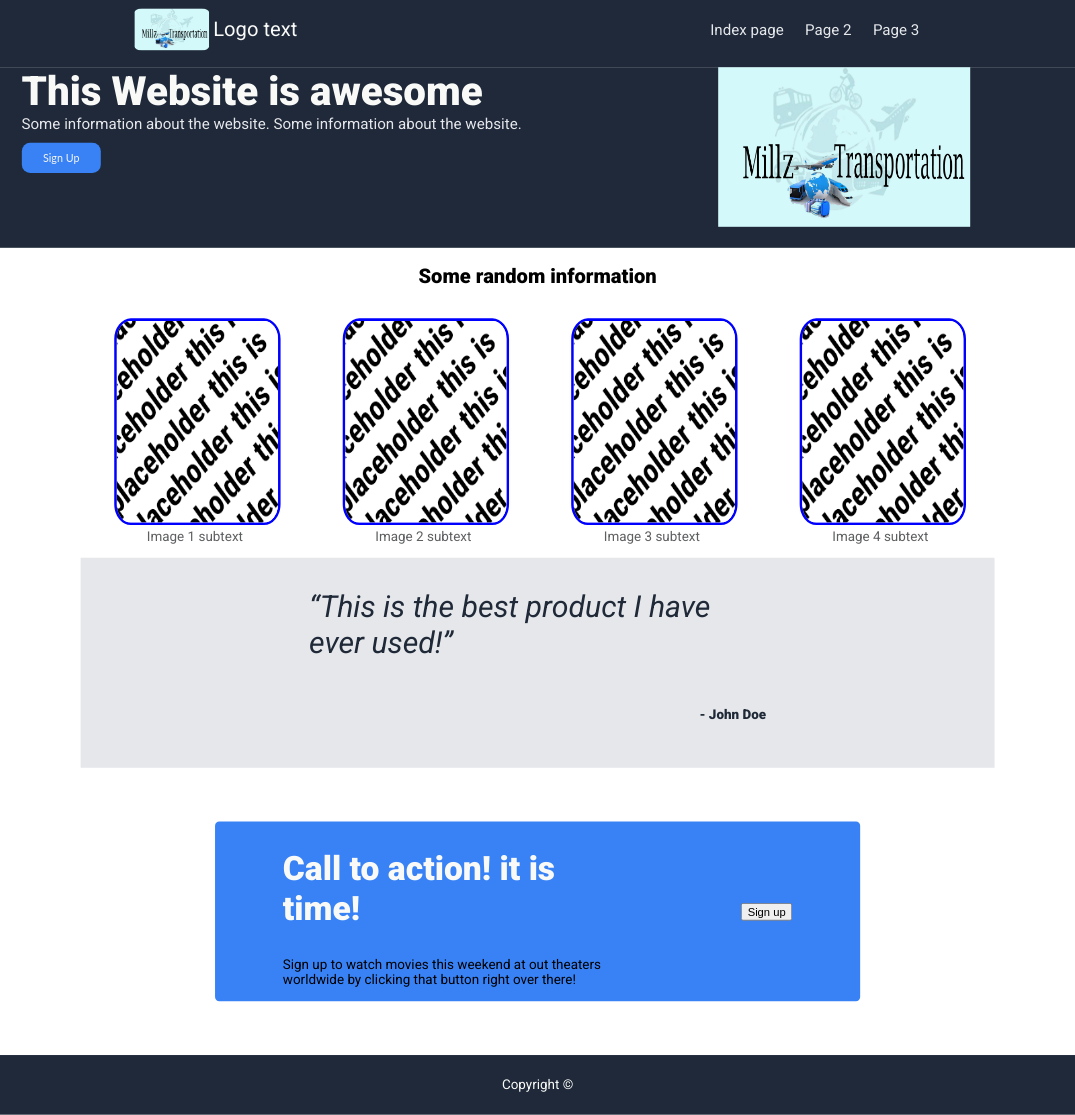
Repository: MikkyPrestige/css-assignment
Page: index.html
These files come from the project's save history. The page is drawn as it stood at one moment and after the next save; the edit follows.
The browser window is 1280 px wide. The pictures show the whole page, at 84% of full size.

Above is the page before, as saved 2023-04-27 02:43:28.

### index.html
<!DOCTYPE html>
<html lang="en">

<head>
  <meta charset="UTF-8">
  <meta http-equiv="X-UA-Compatible" content="IE=edge">
  <meta name="viewport" content="width=device-width, initial-scale=1.0">
  <link rel="stylesheet" href="./styles/index.css">
  <title>Assignment</title>
</head>

<body>
  <header>
    <div class="header">
      <div class="header-logo">
        <img src="./images/TransportationIcon3.jpg" alt="Company logo">
        <p>Logo text</p>
      </div>
      <nav>
        <a class="header-link" href="./index.html">Index page</a>
        <a class="header-link" href="./pages/extraPage1.html">Page 2</a>
        <a class="header-link" href="./pages/extraPage2.html">Page 3</a>
      </nav>
    </div>
  </header>

  <main>
    <!-- Claimed by Ashley -->
    <div class="Section_1">
      <div class="Header_body">
        <div>
          <div class="Header_title">
            This Website is awesome
          </div>
          <div class="Header_text">
            Some information about the website. Some information about the website.
          </div>
          <button class="Header_btn">Sign Up</button>
        </div>
        <img class="headerImage" src="./images/TransportationIcon3.jpg" alt="icon" />
      </div>
    </div>

    <!-- Claimed by Owen -->
    <div id="Section2">
      <h2>Some random information</h2>
      <div class="flex-image-container">
        <figure class="main-image">
          <img src="./images/placeholder1.png" alt="placeholder">
          <figcaption>Image 1 subtext</figcaption>
        </figure>
        <figure class="main-image">
          <img src="./images/placeholder1.png" alt="placeholder">
          <figcaption>Image 2 subtext</figcaption>
        </figure>
        <figure class="main-image">
          <img src="./images/placeholder1.png" alt="placeholder">
          <figcaption>Image 3 subtext</figcaption>
        </figure>
        <figure class="main-image">
          <img src="./images/placeholder1.png" alt="placeholder">
          <figcaption>Image 4 subtext</figcaption>
        </figure>
      </div>

    </div>

    <!-- Claimed by Alex -->
    <section class="section-3">
      <Selection class="review-slider">
        <div class="review-container">
          <div class="review">
            <q class="review-text">This is the best product I have ever used!</q>
            <p class="review-author">- John Doe</p>
          </div>

          <div class="review">
            <q class="review-text">I love this product! It has made my life so much easier.</q>
            <p class="review-author">- Jane Smith</p>
          </div>

          <div class="review">
            <q class="review-text">I highly recommend this product to anyone.</q>
            <p class="review-author">- Tom Johnson</p>
          </div>

          <div class="review">
            <q class="review-text">This is the best product I have ever used!</q>
            <p class="review-author">- John Doe 2</p>
          </div>

          <div class="review">
            <q class="review-text">I love this product! It has made my life so much easier.</q>
            <p class="review-author">- Jane Smith 2</p>
          </div>

          <div class="review">
            <q class="review-text">I highly recommend this product to anyone.</q>
            <p class="review-author">- Tom Johnson 2</p>
          </div>
        </div>
      </Selection>
    </section>

    <section class="section4">
      <div class="section4-wrapper">
        <div class="section4-cta">
          <h2 class="section4-cta__title">Call to action! it is time!</h2>
          <p class="section4-cta__subtitle">Sign up to watch movies this weekend at out theaters worldwide by clicking
            that button right over there!
          </p>
        </div>
        <button class="section4-cta__btn">Sign up</button>
      </div>
    </section>
  </main>

  <footer>
    <div class="footer">
      <p>Copyright &copy</p>
    </div>
  </footer>
</body>

</html>

### styles/index.css
@import url('https://fonts.googleapis.com/css2?family=Roboto:ital,wght@0,400;0,900;1,400&display=swap');

/*  CSS variables defined here and referenced using var(--varName).
    Note: name must have '--' prefix */
:root {
    --review-count: 6;
}

body {
	font-family: 'Roboto', sans-serif;
	margin: 0;
}

/* CSS for page header */
header {
	padding-top: 10px;
	padding-bottom: 20px;
	background-color: #1F2939;
}
.header {
    margin: auto;
    height: 50px;
    width: 75%;
	display: flex;
	justify-content: space-between;
}

@media (max-width: 800px) {
	.header {
		flex-direction: column;
		align-items: center;
        height: 100px;
	}
}

.header nav {
	width: 300px;
	display: flex;
	justify-content: space-evenly;
}

.header-logo {
	display: flex;
    height: 100%;
	align-items: center;
}

@media (max-width: 800px) {
	.header-logo {
        height: 65%;
	}
}

.header-logo img {
	height: 100%;
	border-radius: 10%;
}

.header-logo p {
	padding-left: 5px;
	font-size: 24px;
	color: #F9FAF8;
}

.header-link {
	font-size: 18px;
	color: #E5E7EB;
	align-self: center;
}

.header-link:link {
	text-decoration: none;
}

.header-link:visited {
	text-decoration: none;
}

.header-link:hover {
	text-decoration: underline;
}

.header-link:active {
	text-decoration:none;
}

/*Css for Section 1 of the index */

.Section_1{
	background-color: #1F2939;
	padding-left: 2%;
}

h1{
	font-size: 24px;
	color: #F9FAF8;
}

.Header_body{
	display: flex;
	justify-content: space-between;
	padding-bottom: 2%;
}

.Header_title{
	font-size: 48px;
	color: #F9FAF8;
	font-weight: 800;
}

.Header_text{
	font-size: 18px;
	color: #E5E7EB;
	padding-bottom: 2%
}

.Header_btn {
	padding: .8em 2em;
	border-radius: 10px;
	border: none;
	background-color: #3882F6;
	color: whitesmoke;
	font-family: 'Lato', sans-serif;
	font-size: .8em;
}

.headerImage{
	height: 190px;
	width: 300px;
	padding-right: 10%;
}

/* Css for Section 2 of the index */
#Section2 {
	text-align: center;
	width: 75%;
	margin: auto;
}

.flex-image-container {
	display: flex;
  flex-direction: row;
  flex-wrap: nowrap;
  justify-content: center;
  align-items: stretch;
  align-content: center;
}

@media (max-width: 800px) {
  .flex-image-container {
    flex-direction: column;
  }
}

.main-image {
	min-width: 20%;
}

.main-image img {
	width: 100%;
	height: 15em;
	border: 3px blue;
	border-style: solid;
	border-radius: 10%;
}

.main-image figcaption{
	color: #5e5f61;
}

/* CSS for section 3 of index */
.section-3 {
    height: 250px;
		width: 85%;
	background-color: #E5E7EB;
    display: flex;
    justify-content: center;
		align-items: center;
		margin: auto;
}

/* Automatic slideshow */
.review-slider {
    position: relative;
    margin: auto;
    width: 50%;
    height: 100%;
    overflow: hidden;
}

@media (max-width: 800px) {
    .review-slider {
      width: 75%;
    }
  }

.review-slider .review-container {
    position: absolute;
    width: calc(100% * var(--review-count));
    height: 100%;
    top: 0;
    left: 0;
    overflow: hidden;
    animation: slider 26s infinite;
}

.review-slider .review-container .review {
    position: relative;
    width: calc(100% / var(--review-count));
    height: 100%;
    display: flex;
    flex-direction: column;
    justify-content: space-evenly;
    float: left;
    overflow: hidden
}

.review-text {
    font-size: 36px;
    font-weight: 300;
    font-style: italic;
    color: #1F2937;
}

.review-author {
    font-weight: bold;
    color: #1F2937;
    align-self: end;
}

.section4 {
		height: 100%;
		width: 100%;
		padding: 4rem 0;
}

.section4-wrapper {
		display: flex;
		justify-content: space-around;
		align-items: center;
		width: 60%;
		background-color: #3882F6;
		margin: 0 auto;
		border-radius: 5px;
		-webkit-border-radius: 5px;
		-moz-border-radius: 5px;
		-ms-border-radius: 5px;
		-o-border-radius: 5px;
}

.section4-cta {
	flex-basis: 50%;
}

.section4-cta__title {
	font-size: 2.5rem;
	color: #F9FAF8;
}

@keyframes slider {
    0%, 25%, 100%{left: 0}

    30%, 55%{left: -100%}

    60%, 85%{left: -200%}
}

/* CSS for page footer */
footer {
    padding-top: 10px;
    padding-bottom: 10px;
	color: #F9FAF8;
	background-color: #1F2939;
}

.footer {
    margin: auto;
    width: 75%;
    text-align: center;
}

After the next save:
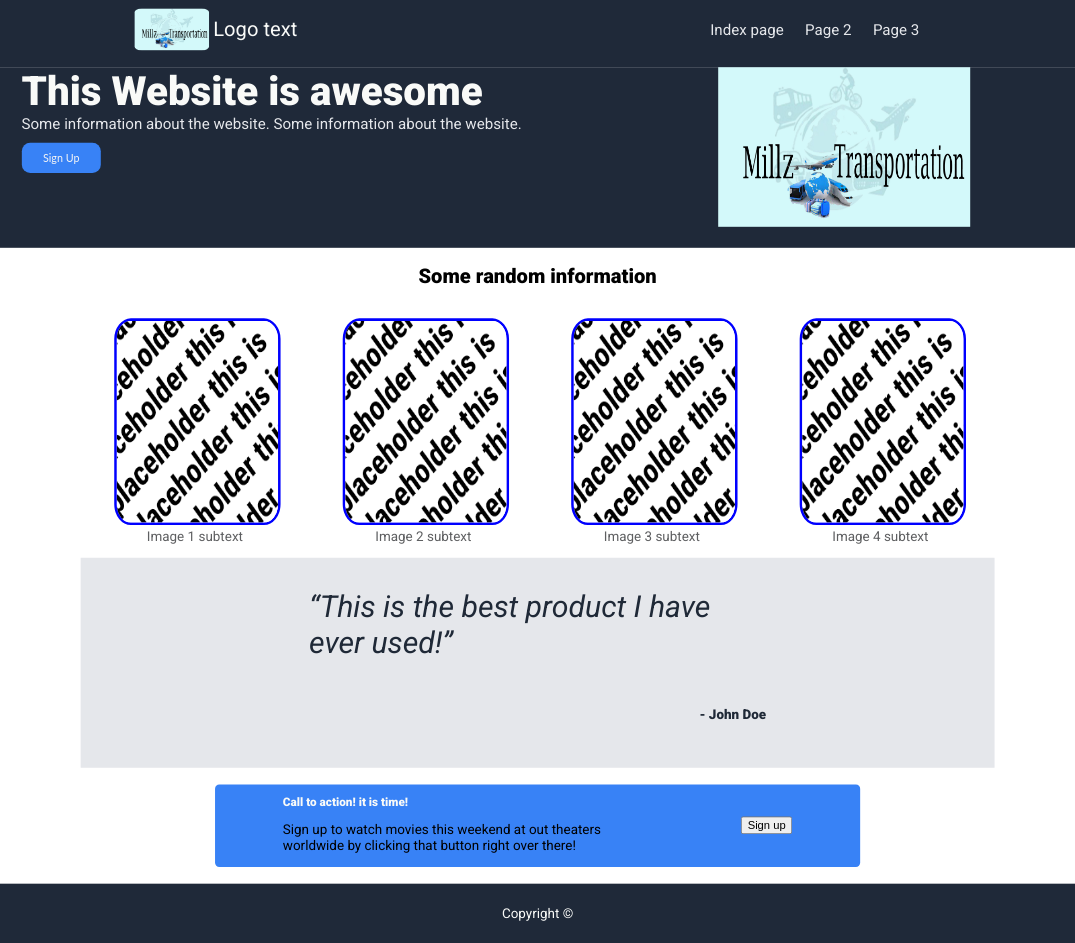
Saved 2 min 2 s later.
--- a/styles/index.css
+++ b/styles/index.css
@@ -231,7 +231,7 @@
 .section4 {
 		height: 100%;
 		width: 100%;
-		padding: 4rem 0;
+		padding: 20px 0;
 }
 
 .section4-wrapper {
@@ -253,7 +253,7 @@
 }
 
 .section4-cta__title {
-	font-size: 2.5rem;
+	font-size: 14px;
 	color: #F9FAF8;
 }
 
